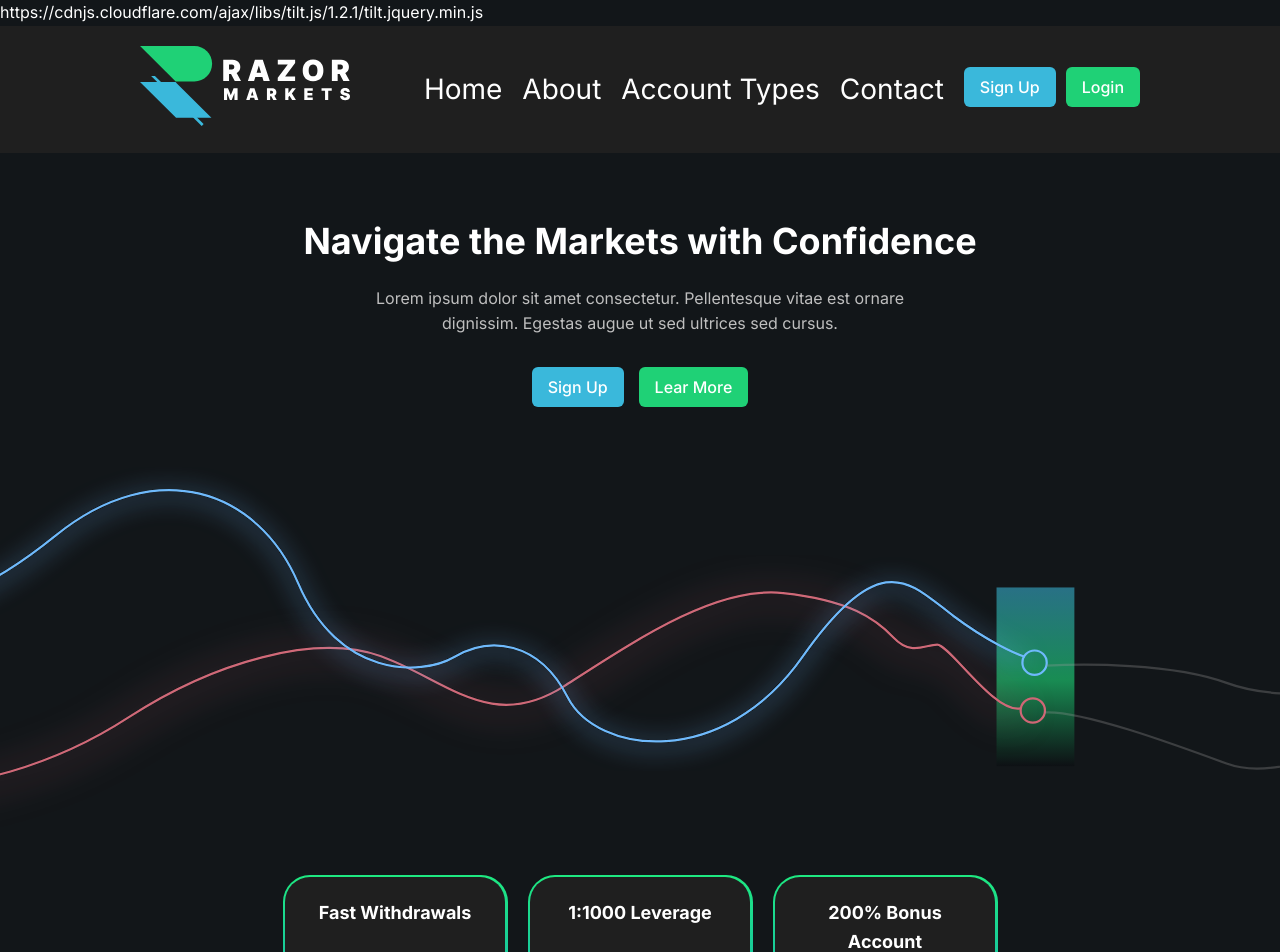
Repository: JasonMorta/razormarkets
Page: index.html
These files come from the project's save history. The page is drawn as it stood at one moment and after a run of saves; the edit follows.
The browser window is 1280 px wide. The pictures show the part of the page from y = 0 to 952 px (the page is 1675 px tall before and 1650 px after).
A picture or video elsewhere on the page could not be fetched, so the positions and the page height are approximate. Some web libraries are served in a nearby version.

Above is the page before, as saved 2024-11-07 13:28:59.

After the next 9 saves:
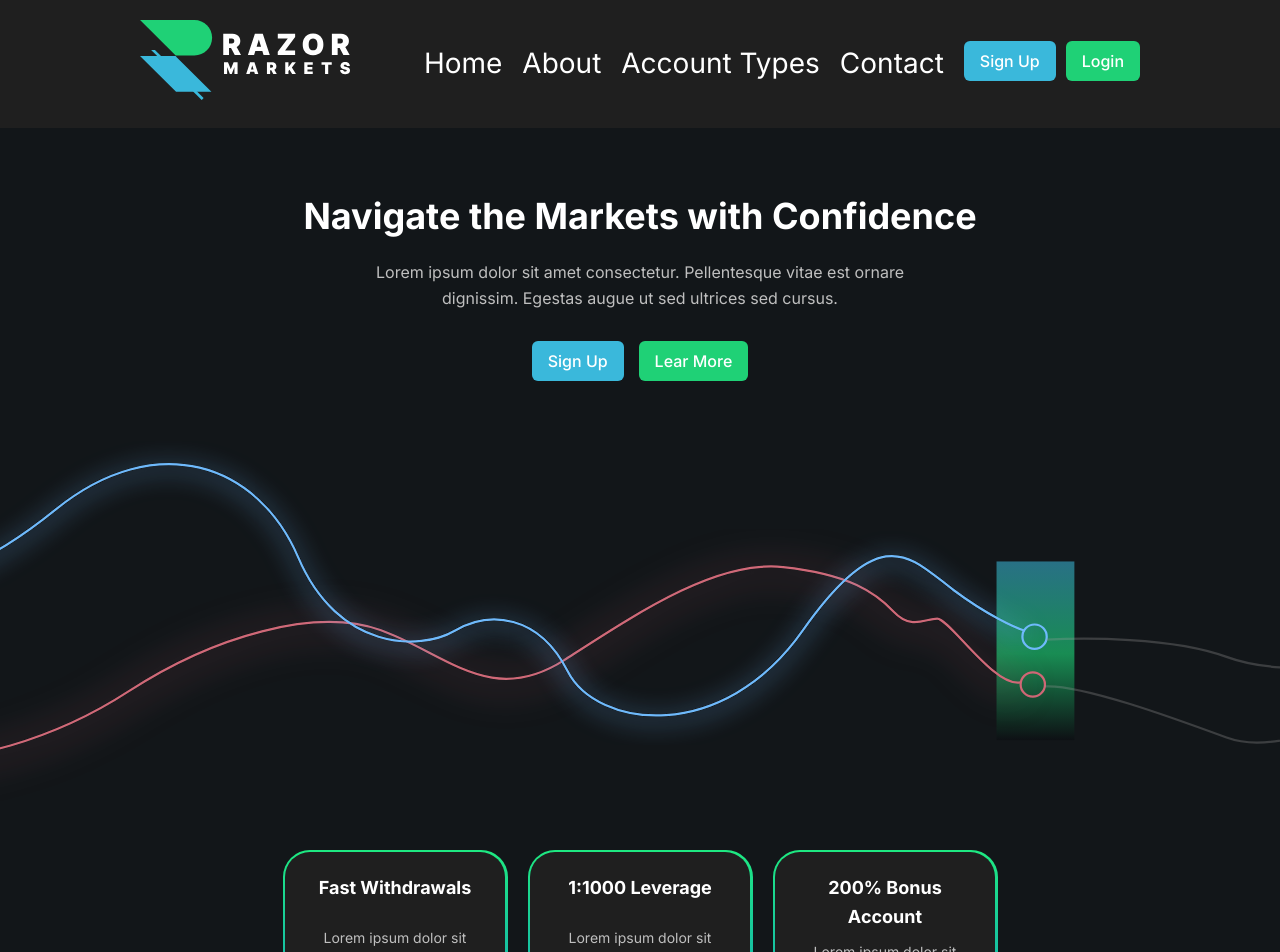
The 9 saves are shown as one change because they came seconds apart.
The last was saved 19 s later.
--- a/index.html
+++ b/index.html
@@ -7,7 +7,7 @@
   <title>Razor Markets</title>
   <link rel="stylesheet" href="https://cdn.jsdelivr.net/npm/bulma@1.0.2/css/bulma.min.css">
   <link rel="stylesheet" href="styles/index.css">
-  https://cdnjs.cloudflare.com/ajax/libs/tilt.js/1.2.1/tilt.jquery.min.js
+  <script src="https://kit.fontawesome.com/2b7b3e1b4f.js" crossorigin="anonymous"></script>
 </head>
 
 <body>
